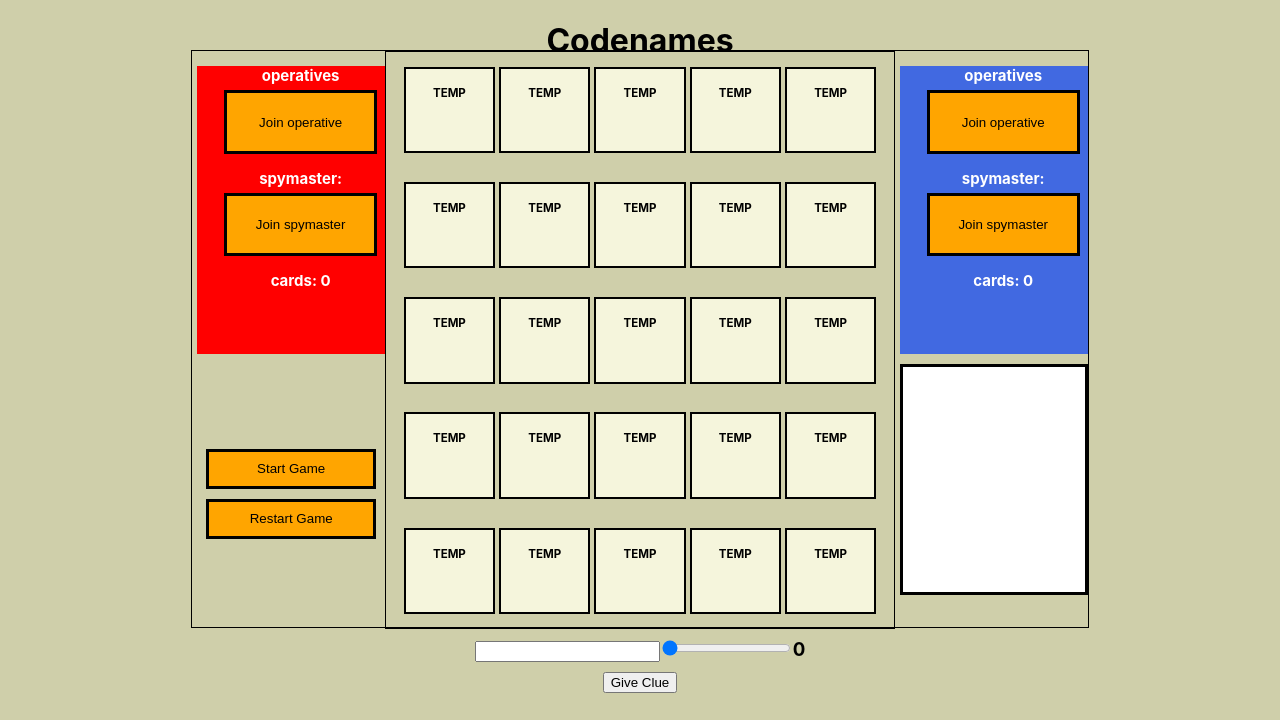
Repository: alcarrizo/Codenames-Fullstack
Page: / (app in client/)
An editor plug-in stored every save of this project. The page is shown before and after a run of saves, followed by the edit.
The browser window is 1280 px wide. The pictures show the whole page.
The project was rebuilt for these pictures with package versions that can differ from the ones it lists, and the page was loaded fresh each time. Imported but missing from the stored project, and not drawn on this page: client/src/reportWebVitals.

Above is the page before, as saved 2023-01-17 14:56:08.

After the next 2 saves:
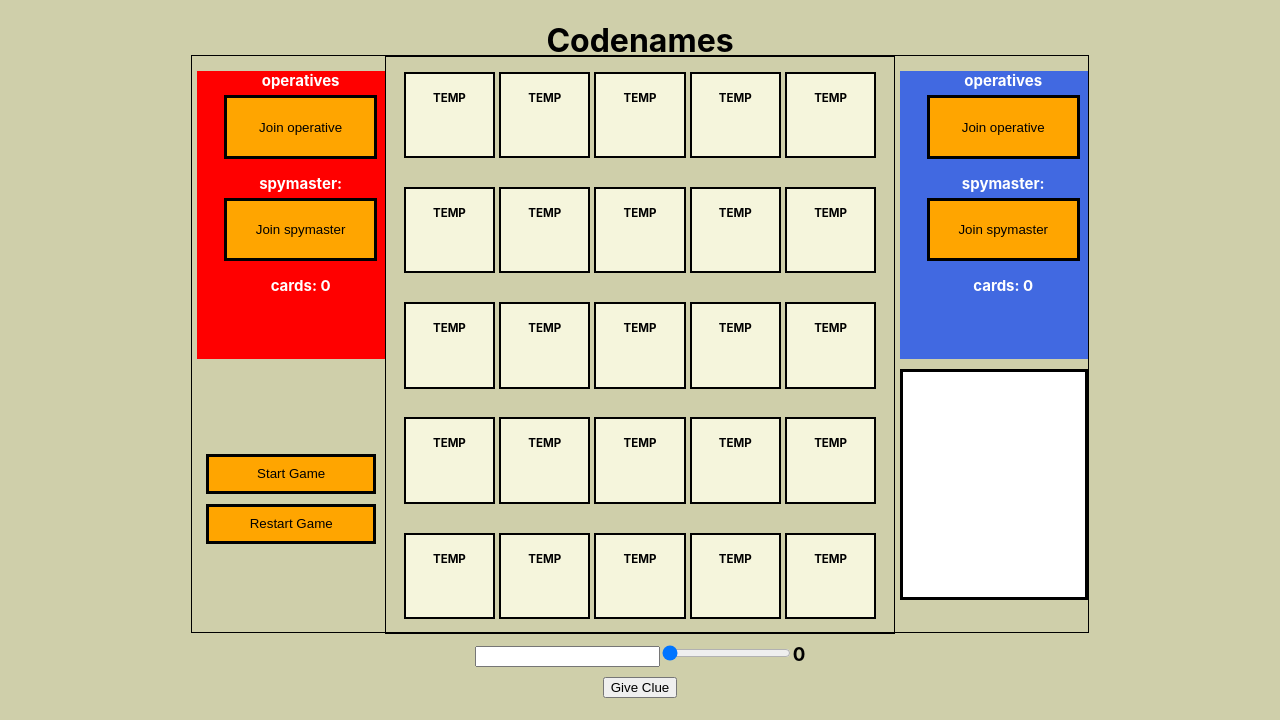
The 2 saves are shown as one change because they came seconds apart.
The last was saved 33 s later.
--- a/client/src/css/styles.css
+++ b/client/src/css/styles.css
@@ -1,5 +1,5 @@
 h1 {
-    margin-bottom: -10px;
+    margin-bottom: -5px;
 }
 
 body {
